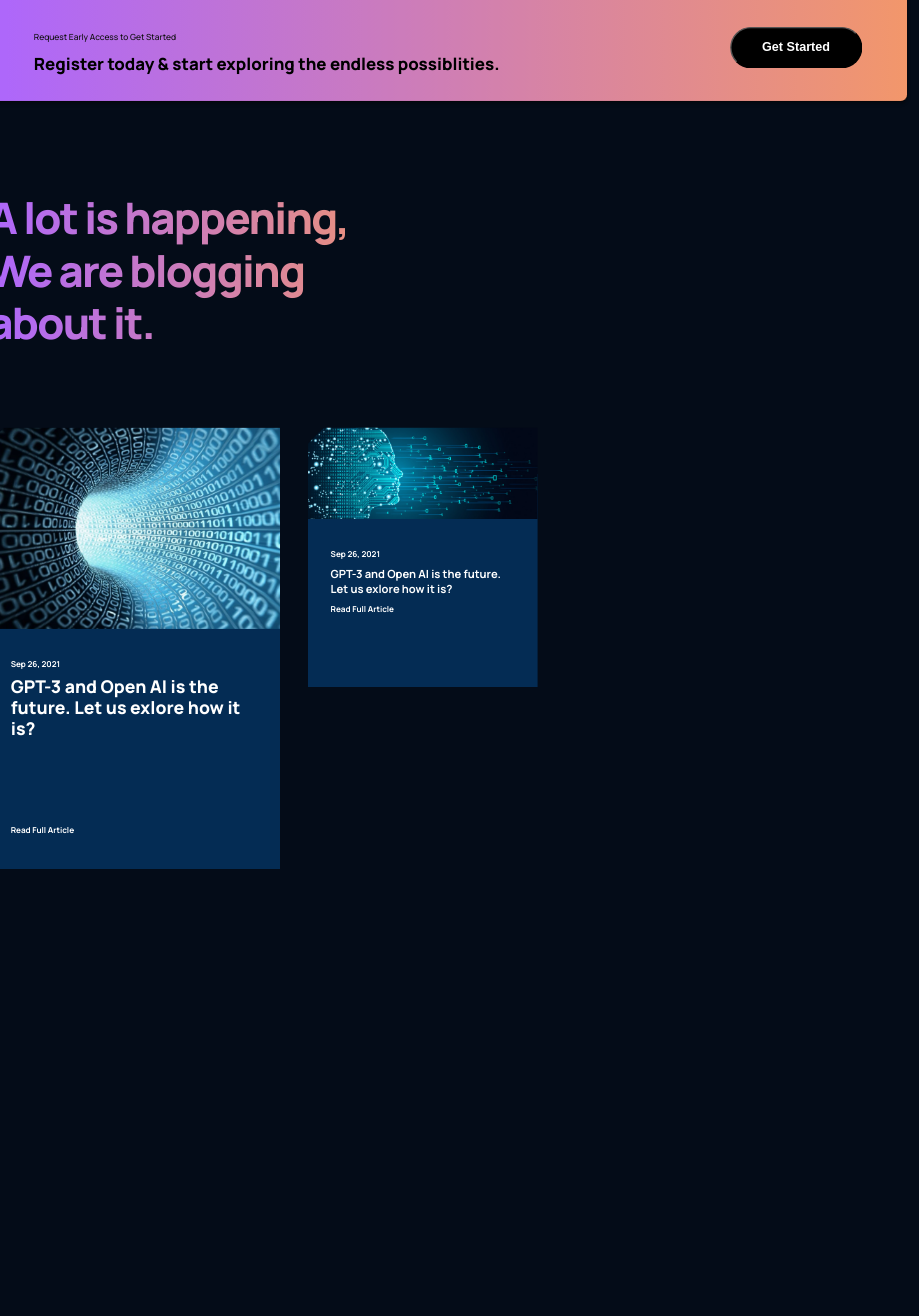
Repository: guilhermecardoso93/lp-gpt3
Page: index.html
The author's editor kept a copy of each file at every save. The page is drawn from the files as they stood at one save, then again after the next save.
The browser window is 1280 px wide. The page is 1313 px wide, so the pictures cover 1313 px, including what lies to the right of the window. The pictures show the part of the page from y = 3078 to 4958 px (the page is 4964 px tall before and 4715 px after), at 70% of full size.

Above is the page before, as saved 2022-08-23 22:19:03.

### index.html
<!DOCTYPE html>
<html lang="pt-BR">

  <head>
    <meta charset="UTF-8" />
    <meta http-equiv="X-UA-Compatible" content="IE=edge" />
    <meta name="viewport" content="width=device-width, initial-scale=1.0" />
    <link rel="stylesheet" href="style.css" />
    <title>LP-GPT3</title>
  </head>

  <body>
    <div class="container">
      <header>
        <div class="menu">
          <img src="./assets/logo.svg" alt="logo da LP-GPT3" />
          <nav>
            <ul>
              <li>
                <a href="">Home</a>
              </li>
              <li><a href="">What is GPT-3?</a></li>
              <li><a href="">Open AI</a></li>
              <li><a href="">Case Studies</a></li>
              <li><a href="">Library</a></li>
            </ul>
          </nav>
          <div class="login">
            <a href="#">Sign In</a>
            <button>Sign Up</button>
          </div>
        </div>

      </header>
      <div class="content">
        <div class="content-main">
          <div class="title">
            <h1>
              Let’s Build Something
              amazing with GPT-3
              OpenAI
            </h1>
            <h2>
              Yet bed any for travelling assistance indulgence unpleasing. Not
              thoughts all exercise blessing. Indulgence way everything joy
              alteration boisterous the attachment. Party we years to order
              allow asked of.
            </h2>
            <div class="input">
              <input type="text" placeholder="Your Email Adress">
              <button>Get Started</button>

              <div class="persons">
                <img src="./assets/persons.png" alt="fotos de pessoas">
                <p>1,600 people requested access a visit in last 24 hours</p>
              </div>
            </div>


          </div>
          <div class="image-content">
            <img src="./assets/header-illustration.png" alt="">
          </div>
        </div>
      </div>
      <div class="headerFooter">
        <img src="./assets/google.svg" alt="logo do Google"/>
        <img src="./assets/slack.svg" alt="logo do slack"/>
        <img src="./assets/atlassian.svg" alt="logo do atlassian"/>
        <img src="./assets/dropbox.svg" alt="logo do Dropbox"/>
        <img src="./assets/shopify.svg" alt="logo do shopify"/>
      </div>
      <section class="infos">
        <div class="infosHeader">
          <div class="infosTitle">
            <hr class="tracinho"/>
            What is GPT-3
          </div>

          <span>
            We so opinion friends me message as delight. Whole front do of plate
            heard oh ought. His defective nor convinced residence own.
            Connection has put impossible own apartments boisterous. At jointure
            ladyship an insisted so humanity he. Friendly bachelor entrance to
            on by.
          </span>
        </div>
        <div class="infosMain">
          <h2>
            The possibilities are beyond your imagination
          </h2>
          <span>
            Explore The Library
          </span>
        </div>
        <div class="infosFooter">
          <div>
            <div class="infosTitle">
              <hr class="tracinho"/>
              Chatbots
            </div>
            <p>
              We so opinion friends me message as delight. Whole front do of
              plate heard oh ought.
            </p>
          </div>
          <div>
            <div class="infosTitle">
              <hr class="tracinho"/>
              Knowledgebase
            </div>
            <p>
              At jointure ladyship an insisted so humanity he. Friendly bachelor
              entrance to on by. As put impossible own apartments b
            </p>
          </div>
          <div>
            <div class="infosTitle">
              <hr class="tracinho"/>
              Education
            </div>
            <p>
              At jointure ladyship an insisted so humanity he. Friendly bachelor
              entrance to on by. As put impossible own apartments b
            </p>
          </div>
        </div>
      </section>
      <section class="hero">
        <div class="heroMain">
          <div class="HeroMainTitle">
            <h2>
              The Future is Now and You Just Need To Realize It. Step into
              Future Today & Make it Happen.
            </h2>
          </div>
          <span>
            Request Early Access to Get Started
          </span>
        </div>
        <div class="heroMainInfos">
          <div class="heroMainInfosItem">
            <div class="infosTitle">
              <hr class="tracinho"/>
              Improving end distrusts instantly
            </div>
            <p>
              From they fine john he give of rich he. They age and draw mrs
              like. Improving end distrusts may instantly was household
              applauded.
            </p>
          </div>
          <div class="heroMainInfosItem">
            <div class="infosTitle">
              <hr class="tracinho"/>
              Become the tended active
            </div>
            <p>
              Considered sympathize ten uncommonly occasional assistance
              sufficient not. Letter of on become he tended active enable to.
            </p>
          </div>
          <div class="heroMainInfosItem">
            <div class="infosTitle">
              <hr class="tracinho"/>
              Message or am nothing
            </div>
            <p>
              Led ask possible mistress relation elegance eat likewise debating.
              By message or am nothing amongst chiefly address.
            </p>


          </div>
          <div class="heroMainInfosItem">
            <div class="infosTitle">
              <hr class="tracinho"/>
              Improving end distrusts instantly
            </div>
            <p>
              Really boy law county she unable her sister. Feet you off its like
              like six. Among sex are leave law built now. In built table in an
              rapid blush.
            </p>
          </div>


        </div>
      </section>
      <section class="myapp">
        <div class="myappImg">
          <img src="./assets/woman-vr.png" alt="">
        </div>
        <div class="myappInfo">
          <div>
            <span>
              Request Early Access to Get Started
            </span>
          </div>
          <div>
            <h2>
              The possibilities are beyond your imagination
            </h2>
          </div>
          <div>
            <p class="myappInfoPBottom">
              Yet bed any for travelling assistance indulgence unpleasing. Not
              thoughts all exercise blessing. Indulgence way everything joy
              alteration boisterous the attachment. Party we years to order
              allow asked of.
            </p>
          </div>
          <div>
            <p class="myappInfoSpanBottom">
              Request Early Access to Get Started
            </p>
          </div>
        </div>
      </section>
      <section class="middle">
        <div>
          <p>
            Request Early Access to Get Started
          </p>
          <h2>
            Register today & start exploring the endless possiblities.
          </h2>
        </div>
        <div>
          <button>
            Get Started
          </button>
        </div>

      </section>
      <section class="middle-alot">
        <h3>
          A lot is happening,
          We are blogging about it.
        </h3>
        <div>
          <div class="midlleContainer">
            <div class="area1">
              <div class="MiddleImg">
                <img src="/assets/blog-1.png" width="417.03px"
                height="287.73px">
              </div>
              <div class="MiddleDiv">
                <p>Sep 26, 2021</p>
                <h4>GPT-3 and Open AI is the future. Let us exlore how it is?</h3>
                <p>Read Full Article</p>
              </div>
            </div>
            <div class="area2">
              <div class="MiddleImg2">
                <img src="/assets/blog-2.png" width="327.34"
                height="130.47px">
              </div>
              <div class="MiddleDiv2">
                <p>Sep 26, 2021</p>
                <h4>GPT-3 and Open AI is the future. Let us exlore how it is?</h3>
                <p>Read Full Article</p>
              </div>
            </div>
            <div class="area3"></div>
            <div class="area4"></div>
            <div class="area5"></div>
          </div>
        </div>
      </section>
    </div>
  </body>

</html>

### style.css
@import url("https://fonts.googleapis.com/css2?family=Manrope:wght@400;500;700;800&family=Poppins:wght@400;500;700&display=swap");

* {
  margin: 0;
  padding: 0;
  box-sizing: border-box;
}

:root {
  --text-color-links: #fff;
  --color-button: #ff4820;
}

body {
  font-family: "Manrope", sans-serif;

  width: 100%;
  display: flex;
  flex-direction: column;
  align-items: center;
  justify-content: center;

  background-image: url(/assets/blur-background-left.png);
  background-repeat: no-repeat;
  background-position: top left;
  background: #040c18;
  overflow-x: hidden;
}

a {
  text-decoration: none;
  color: var(--text-color-links);
}

ul {
  list-style: none;
  display: flex;
  gap: 54px;
}

.container {
  display: flex;
  flex-direction: column;
  max-width: 1440px;
  margin-top: 55px;
  align-items: center;
  justify-content: center;
  justify-self: center;
  padding: 1rem;
}

header {
  display: flex;
  flex-direction: column;
  justify-content: center;
  align-items: center;
  width: 100%;
}

.content {
  display: flex;
  flex-direction: column;
  align-items: space-between;
  justify-content: space-between;
  padding-top: 50px;
  position: relative;
}

.content-main {
  display: flex;
  flex-direction: row;
}

.menu {
  display: flex;
  align-items: center;
  justify-content: space-between;
  width: 100%;
}

.menu nav ul li {
  font-weight: 500;
  font-size: 18px;
  line-height: 25px;
}

.menu nav ul li a:hover {
  border-bottom: 1px solid var(--text-color-links);
}

.menu img {
  padding-right: 69px;
}

.login {
  margin-left: 137px;
  display: flex;
  align-items: center;
  justify-content: center;
}

.login > button {
  margin-left: 26px;
  width: 152px;
  height: 58px;

  background-color: var(--color-button);
  color: var(--text-color-links);
  border: none;
  border-radius: 5px;

  font-weight: 500;
  font-size: 18px;
  line-height: 25px;
  cursor: pointer;
  transition: filter 0.2s;
}

.login > button:hover {
  filter: brightness(0.5);
}

.title {
  display: flex;
  flex-direction: column;
  gap: 2rem;
}

.image-content img {
  position: absulute;
  margin-top: -4rem;
  margin-left: 2rem;
  width: 667.41px;
  height: 701.59px;
}

.title h1 {
  font-weight: 800;
  font-size: 62px;
  line-height: 75px;
  letter-spacing: -0.04em;
  width: 614px;
  height: 225px;

  background: linear-gradient(89.97deg, #ae67fa 1.84%, #f49867 102.67%);
  -webkit-background-clip: text;
  -webkit-text-fill-color: transparent;
  background-clip: text;
  text-fill-color: transparent;
}

.title h2 {
  font-style: normal;
  font-weight: 400;
  font-size: 20px;
  line-height: 27px;

  color: #81afdd;
  width: 554px;
}

.input {
  width: 100%;
  max-width: 630px;
}

.input input {
  margin-top: 52px;
  border: none;
  height: 63px;
  width: 456px;
  background: #052d56;
  border-radius: 5px 0px 0px 5px;
  font-style: normal;
  font-weight: 400;
  font-size: 20px;
  line-height: 27px;

  color: #3d6184;
  padding-left: 2rem;
  outline: none;
}

.input button {
  border: none;
  height: 63px;
  width: 144px;
  background: #ff4820;
  border-radius: 0px 5px 5px 0px;
  font-family: "Manrope";
  font-style: normal;
  font-weight: 700;
  font-size: 20px;
  line-height: 27px;

  color: #ffffff;
}

.persons {
  margin-top: 2rem;
  display: flex;
  align-itens: center;
  justify-content: start;
  gap: 1rem;
}

.persons img {
  width: 181.79px;
  height: 38px;
}

.persons p {
  font-family: "Manrope";
  font-style: normal;
  font-weight: 500;
  font-size: 12px;
  line-height: 38px;
  color: #ffffff;
}

.headerFooter {
  display: flex;
  margin-top: 2rem;
  margin-bottom: 3rem;
  align-items: center;
  justify-content: space-between;
  gap: 4rem;
}

.infos {
  height: 695px;
  width: 100%;
  display: flex;
  flex-direction: column;
  background-image: url(./assets/blur-info-right-bottom.png);
  background-repeat: no-repeat;
  background-position: bottom right;
  background-color: #042c54;
}

.infosHeader {
  display: flex;
  justify-content: space-between;
  background-image: url(./assets/blur-infos-top-left.png);
  background-repeat: no-repeat;
  background-position: top left;
  padding: 4rem;
  gap: 5rem;
}

.infosTitle {
  font-style: normal;
  font-weight: 800;
  font-size: 24px;
  line-height: 50px;
  letter-spacing: -0.04em;
  color: #ffffff;
}

.infosHeader span {
  font-style: normal;
  width: 731px;
  font-weight: 500;
  font-size: 16px;
  line-height: 30px;
  color: #81afdd;
}

.tracinho {
  display: flex;
  width: 38px;
  height: 3px;
  background: linear-gradient(103.22deg, #ae67fa -13.86%, #f49867 99.55%),
    #ffffff;
  border: 0;
}

.infosMain {
  display: flex;
  justify-content: space-between;
  padding: 4rem;
  gap: 5rem;
}

.infosMain h2,
.myappInfo h2 {
  font-style: normal;
  font-weight: 800;
  font-size: 34px;
  line-height: 45px;
  width: 472px;

  background: linear-gradient(103.22deg, #ae67fa -13.86%, #f49867 99.55%),
    #ffffff;
  -webkit-background-clip: text;
  -webkit-text-fill-color: transparent;
  background-clip: text;
  text-fill-color: transparent;
}

.infosMain span,
.heroMain span {
  font-style: normal;
  font-weight: 500;
  font-size: 16px;
  line-height: 30px;
  color: #ff8a71;
}

.infosFooter {
  display: flex;
  padding: 4rem;
  gap: 2rem;
  padding-bottom: 10rem;
}

.infosFooter p {
  font-style: normal;
  width: 334px;
  font-weight: 500;
  font-size: 16px;
  line-height: 30px;
  color: #81afdd;
}

.infosFooter .infosTitle {
  margin-bottom: 2rem;
}

.hero {
  display: flex;
  width: 100%;
  justify-content: space-between;
  margin-top: 15rem;
  gap: 10rem;
}

.heroMain {
  display: flex;
  flex-direction: column;
  gap: 4rem;
}

.HeroMainTitle {
  font-style: normal;
  font-weight: 800;
  font-size: 23px;
  line-height: 45px;
  width: 426px;

  background: linear-gradient(103.22deg, #ae67fa -13.86%, #f49867 99.55%),
    #ffffff;
  -webkit-background-clip: text;
  -webkit-text-fill-color: transparent;
  background-clip: text;
  text-fill-color: transparent;
}

.heroMainInfosItem {
  display: flex;
  gap: 5rem;
}

.heroMainInfosItem .infosTitle {
  width: 182px;
  font-weight: 800;
  font-size: 18px;
  line-height: 24px;
}

.heroMainInfosItem p {
  width: 334px;
  height: 92px;

  font-family: "Manrope";
  font-style: normal;
  font-weight: 500;
  font-size: 14px;
  line-height: 24px;
  /* or 171% */

  color: #81afdd;
}

.myapp {
  display: flex;
  width: 100%;
  justify-content: space-around;
  margin-top: 4rem;
}

.myappImg img {
  width: 546px;
  height: 607.53px;
}

.myappInfo {
  margin-top: 15rem;
  width: 479px;
}

.myappInfo div {
  margin-bottom: 2rem;
}
.myappInfo h2 {
  width: 426px;
}

.myappInfo span {
  font-style: normal;
  font-weight: 500;
  font-size: 16px;
  line-height: 30px;
  color: #71e5ff;
}

.myappInfoPBottom {
  font-style: normal;
  font-weight: 400;
  font-size: 16px;
  line-height: 30px;
  width: 479px;
  color: #81afdd;
}

.myappInfoSpanBottom {
  color: #ff8a71;
}

.middle {
  margin-top: 8rem;
  margin-bottom: 8rem;
  width: 100%;
  height: 172.65px;
  padding: 4rem;
  background: linear-gradient(89.97deg, #ae67fa 1.84%, #f49867 102.67%);
  border: 1px solid #000000;
  box-shadow: 0px 4px 4px rgba(0, 0, 0, 0.25);
  border-radius: 10.7236px;

  display: flex;
  justify-content: space-between;
}

.middle div p {
  font-weight: 500;
  font-size: 12px;
  line-height: 30px;
  color: #0e0e0e;
}

.middle div h2 {
  font-style: normal;
  font-weight: 800;
  font-size: 24px;
  line-height: 45px;
  color: #000000;
}

.middle button {
  width: 189.14px;
  height: 59.4px;
  left: 1078.74px;
  top: 3235.41px;

  background: #000000;
  border-radius: 40px;
  color: #fff;
  font-style: normal;
  font-weight: 700;
  font-size: 18px;
  line-height: 30px;
}

.middle-alot h3 {
  width: 100%;
  width: 613px;
  font-style: normal;
  font-weight: 800;
  font-size: 62px;
  line-height: 75px;
  letter-spacing: -0.04em;
  background: linear-gradient(89.97deg, #ae67fa 1.84%, #f49867 102.67%);
  -webkit-background-clip: text;
  -webkit-text-fill-color: transparent;
  background-clip: text;
  text-fill-color: transparent;
  margin-bottom: 3rem;
}

.midlleContainer {
  display: grid;
  grid-template-columns: 1fr 1fr 1fr;
  grid-template-rows: 1fr 1fr 1fr;
  gap: 10px 40px;
  grid-auto-flow: row;
  grid-template-areas:
    "area1 area2 area3"
    "area1 area4 area5"
    ". . .";
  justify-content: center;
}

.area1 {
  grid-area: area1;
  padding: 0;
  width: 417.03px;
}

.area1 .MiddleDiv {
  background: #042c54;
  height: 407.27px;
  padding: 2rem;
  color: #fff;
  padding-top: 6rem;
}

.midlleContainer div p {
  font-weight: 700;
  font-size: 11.649px;
  line-height: 35px;
}

.area1 div h4 {
  width: 342.18px;
  font-weight: 800;
  font-size: 25.11px;
  line-height: 30px;
  margin-bottom: 7rem;
}

.MiddleImg {
  display: flex;
  position: relative;
  top: 4rem;
}

.area2 {
  grid-area: area2;
}

.area3 {
  grid-area: area3;
}

.area4 {
  grid-area: area4;
}

.area5 {
  grid-area: area5;
}

.MiddleDiv2 {
  background: #042c54;
  width: 327.34px;
  height: 303.84px;
  padding: 2rem;
  color: #fff;
  padding-top: 6rem;
}

.MiddleImg2 {
  display: flex;
  position: relative;
  top: 4rem;
}

### assets/logo.svg
<svg width="64" height="17" viewBox="0 0 64 17" fill="none" xmlns="http://www.w3.org/2000/svg">
<path d="M16.5659 7.41999V8.73999C16.5659 11.0427 15.8472 12.8833 14.4099 14.262C12.9872 15.626 11.1759 16.308 8.97591 16.308C6.58525 16.308 4.59791 15.538 3.01391 13.998C1.44458 12.458 0.659912 10.566 0.659912 8.32199C0.659912 6.07799 1.43725 4.17866 2.99191 2.62399C4.56125 1.06933 6.47525 0.291992 8.73391 0.291992C10.1712 0.291992 11.4839 0.614659 12.6719 1.25999C13.8746 1.90533 14.8059 2.75599 15.4659 3.81199L12.4739 5.52799C12.1366 4.99999 11.6306 4.56733 10.9559 4.22999C10.2959 3.89266 9.54791 3.72399 8.71191 3.72399C7.40658 3.72399 6.32125 4.15666 5.45591 5.02199C4.60525 5.88733 4.17991 6.99466 4.17991 8.34399C4.17991 9.67866 4.61991 10.7713 5.49991 11.622C6.37991 12.458 7.55325 12.876 9.01991 12.876C11.0586 12.876 12.3712 12.084 12.9579 10.5H8.84391V7.41999H16.5659Z" fill="white"/>
<path d="M24.3804 0.599992C25.891 0.599992 27.167 1.11333 28.2084 2.13999C29.2497 3.16666 29.7704 4.41333 29.7704 5.87999C29.7704 7.34666 29.2497 8.59333 28.2084 9.61999C27.167 10.6467 25.891 11.16 24.3804 11.16H22.0704V16H18.5504V0.599992H24.3804ZM24.3804 7.85999C24.923 7.85999 25.3704 7.66933 25.7224 7.28799C26.0744 6.90666 26.2504 6.43733 26.2504 5.87999C26.2504 5.32266 26.0744 4.85333 25.7224 4.47199C25.3704 4.09066 24.923 3.89999 24.3804 3.89999H22.0704V7.85999H24.3804Z" fill="white"/>
<path d="M41.6521 0.599992V3.98799H37.6921V16H34.1721V3.98799H30.2121V0.599992H41.6521Z" fill="white"/>
<path d="M42.0973 11.006V7.83799H50.4573V11.006H42.0973Z" fill="white"/>
<path d="M59.9393 6.84799C60.9219 7.18533 61.7139 7.73533 62.3153 8.49799C62.9166 9.24599 63.2173 10.1333 63.2173 11.16C63.2173 12.7733 62.6746 14.0347 61.5893 14.944C60.5039 15.8533 59.1766 16.308 57.6073 16.308C56.3899 16.308 55.2973 16.0293 54.3293 15.472C53.3759 14.9147 52.6719 14.0933 52.2173 13.008L55.2533 11.248C55.6346 12.3333 56.4193 12.876 57.6073 12.876C58.2966 12.876 58.8173 12.7147 59.1693 12.392C59.5213 12.0693 59.6973 11.6587 59.6973 11.16C59.6973 10.6613 59.5213 10.2507 59.1693 9.92799C58.8173 9.60533 58.2966 9.44399 57.6073 9.44399H56.8813L55.5393 7.44199L58.3333 3.89999H52.7013V0.599992H62.6013V3.45999L59.9393 6.84799Z" fill="white"/>
</svg>

### assets/google.svg
<svg width="72" height="25" viewBox="0 0 72 25" fill="none" xmlns="http://www.w3.org/2000/svg" xmlns:xlink="http://www.w3.org/1999/xlink">
<rect width="71.1003" height="24.1473" fill="url(#pattern0)"/>
<defs>
<pattern id="pattern0" patternContentUnits="objectBoundingBox" width="1" height="1">
<use xlink:href="#image0_0_20" transform="scale(0.00943396 0.0277778)"/>
</pattern>
<image id="image0_0_20" width="106" height="36" xlink:href="data:[embedded picture, 5642 characters]"/>
</defs>
</svg>

### assets/slack.svg
<svg width="97" height="25" viewBox="0 0 97 25" fill="none" xmlns="http://www.w3.org/2000/svg" xmlns:xlink="http://www.w3.org/1999/xlink">
<rect x="0.58374" width="95.8345" height="24.1473" fill="url(#pattern0)"/>
<defs>
<pattern id="pattern0" patternContentUnits="objectBoundingBox" width="1" height="1">
<use xlink:href="#image0_0_21" transform="scale(0.00787402 0.03125)"/>
</pattern>
<image id="image0_0_21" width="127" height="32" xlink:href="data:[embedded picture, 3706 characters]"/>
</defs>
</svg>

### assets/atlassian.svg
<svg width="114" height="25" viewBox="0 0 114 25" fill="none" xmlns="http://www.w3.org/2000/svg" xmlns:xlink="http://www.w3.org/1999/xlink">
<rect x="0.901855" width="112.436" height="24.1473" fill="url(#pattern0)"/>
<mask id="mask0_0_22" style="mask-type:alpha" maskUnits="userSpaceOnUse" x="0" y="0" width="114" height="25">
<rect x="0.901855" width="112.436" height="24.1473" fill="url(#pattern1)"/>
</mask>
<g mask="url(#mask0_0_22)">
<rect x="0.901855" width="112.436" height="24.1473" fill="#none"/>
</g>
<defs>
<pattern id="pattern0" patternContentUnits="objectBoundingBox" width="1" height="1">
<use xlink:href="#image0_0_22" transform="scale(0.00671141 0.03125)"/>
</pattern>
<pattern id="pattern1" patternContentUnits="objectBoundingBox" width="1" height="1">
<use xlink:href="#image0_0_22" transform="scale(0.00671141 0.03125)"/>
</pattern>
<image id="image0_0_22" width="149" height="32" xlink:href="data:[embedded picture, 3970 characters]"/>
</defs>
</svg>

### assets/dropbox.svg
<svg width="122" height="25" viewBox="0 0 122 25" fill="none" xmlns="http://www.w3.org/2000/svg" xmlns:xlink="http://www.w3.org/1999/xlink">
<rect x="0.820801" width="120.736" height="24.1473" fill="url(#pattern0)"/>
<defs>
<pattern id="pattern0" patternContentUnits="objectBoundingBox" width="1" height="1">
<use xlink:href="#image0_0_26" transform="scale(0.00625 0.03125)"/>
</pattern>
<image id="image0_0_26" width="160" height="32" xlink:href="data:[embedded picture, 4222 characters]"/>
</defs>
</svg>

### assets/shopify.svg
<svg width="85" height="25" viewBox="0 0 85 25" fill="none" xmlns="http://www.w3.org/2000/svg" xmlns:xlink="http://www.w3.org/1999/xlink">
<rect x="0.0407715" width="84.5154" height="24.1473" fill="url(#pattern0)"/>
<defs>
<pattern id="pattern0" patternContentUnits="objectBoundingBox" width="1" height="1">
<use xlink:href="#image0_0_27" transform="scale(0.00892857 0.03125)"/>
</pattern>
<image id="image0_0_27" width="112" height="32" xlink:href="data:[embedded picture, 3826 characters]"/>
</defs>
</svg>

After the next save:
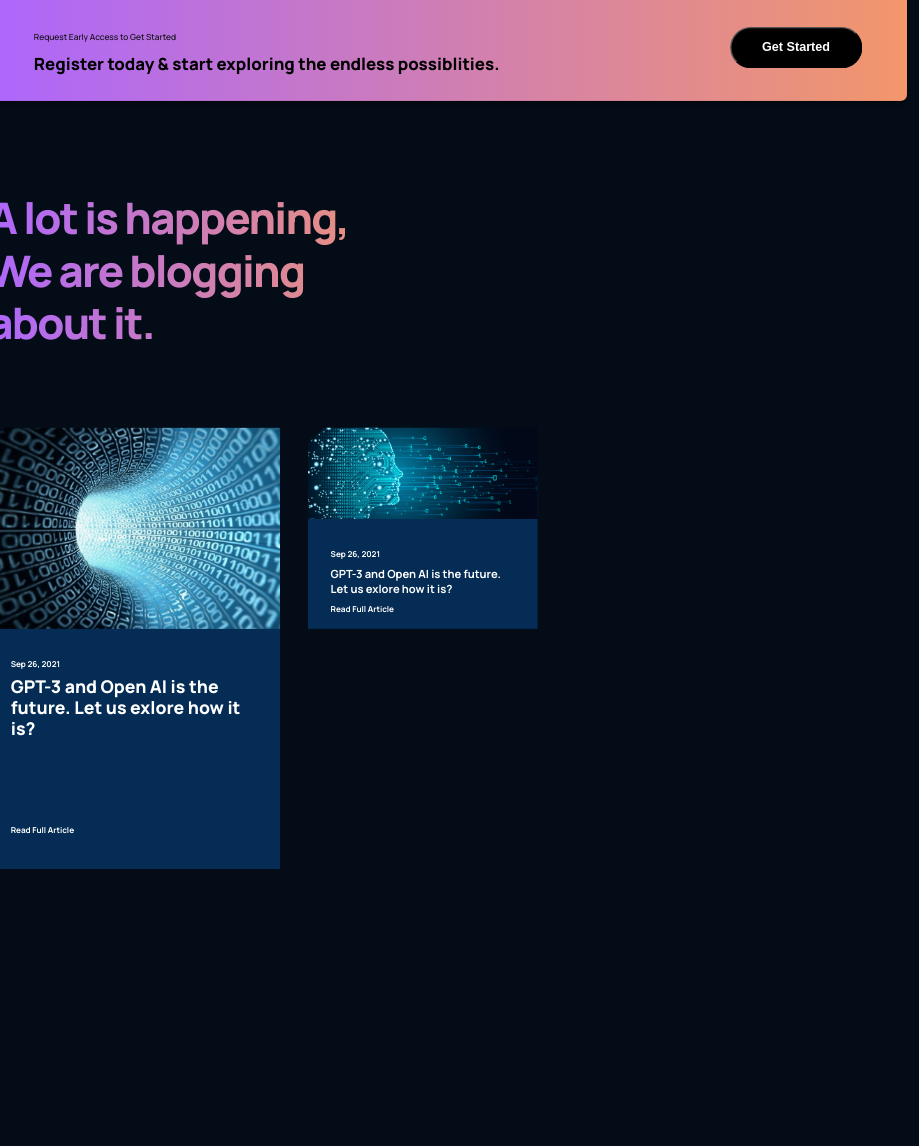
Saved 8 s later.
--- a/style.css
+++ b/style.css
@@ -554,7 +554,7 @@
 .MiddleDiv2 {
   background: #042c54;
   width: 327.34px;
-  height: 303.84px;
+  height: 220.84px;
   padding: 2rem;
   color: #fff;
   padding-top: 6rem;
